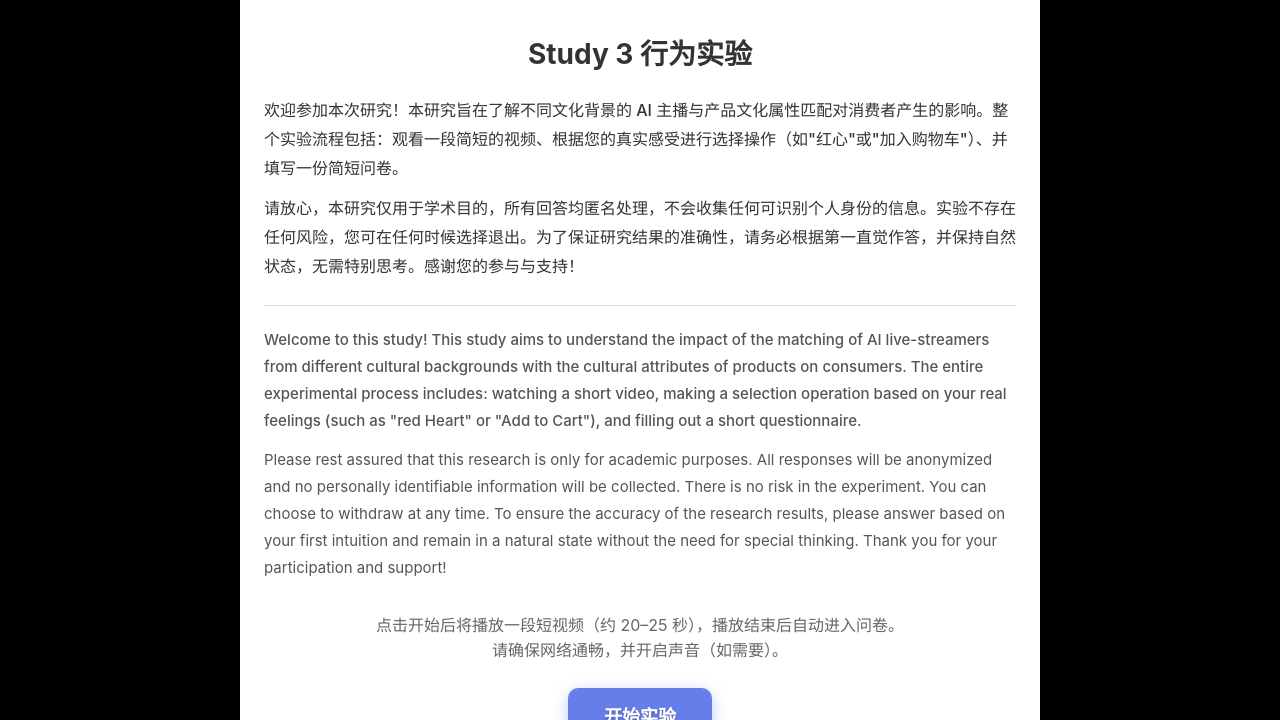
Repository: eshubmy-blip/study3-demo
Page: /
The author's editor kept a copy of each file at every save. The page is drawn from the files as they stood at one save, then again after the next save.
The browser window is 1280 px wide. The pictures show the whole page.
The project was rebuilt for these pictures with package versions that can differ from the ones it lists, and the page was loaded fresh each time. Also part of the build but not shown: vite.config.js, src/utils/videos.js, src/components/VideoExperiment.css, src/components/VideoExperiment.jsx, src/components/Questionnaire.css, src/utils/supabase.js, src/utils/insertStudy3Row.js, src/components/Questionnaire.jsx.

Above is the page before, as saved 2025-12-13 22:53:03.

After the next save:
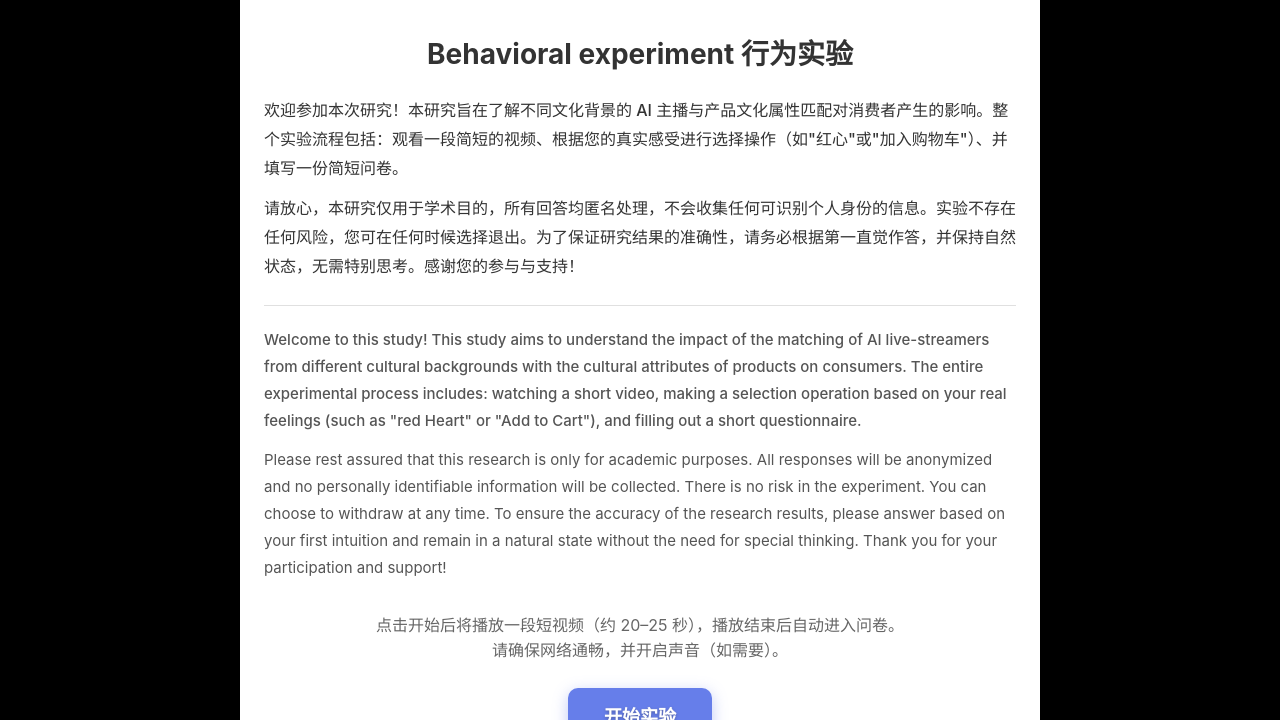
Saved 40 min 5 s later.
--- a/src/components/StartPage.jsx
+++ b/src/components/StartPage.jsx
@@ -17,7 +17,7 @@ export default function StartPage({ onStart }) {
           color: "#333",
         }}
       >
-        <h2 style={{ marginBottom: 24, fontSize: "28px", fontWeight: "700" }}>Study 3 行为实验</h2>
+        <h2 style={{ marginBottom: 24, fontSize: "28px", fontWeight: "700" }}> Behavioral experiment 行为实验</h2>
 
         <div
           style={{
